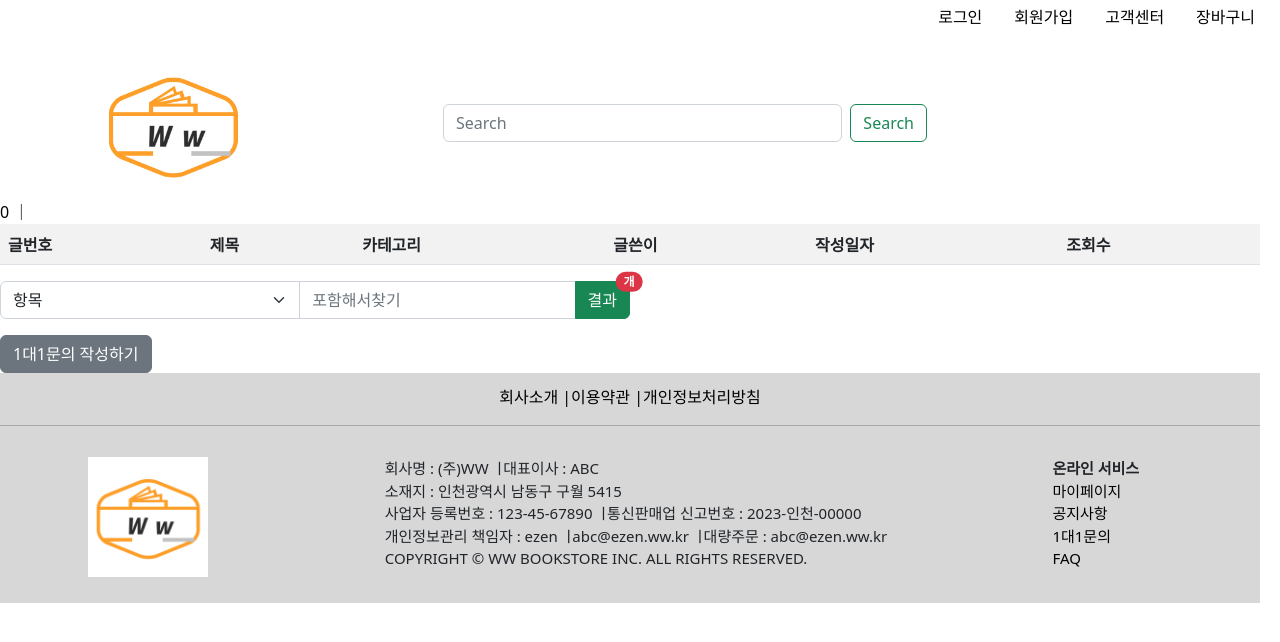
Repository: leehyeonung/project6
Page: http://localhost/book/WEB-INF/views/board/boardList.jsp
An editor plug-in stored every save of this project. The page is shown before and after the next save, followed by the edit.
The browser window is 1280 px wide. The pictures show the whole page.
The page is served by Tomcat 9. Nobody is signed in. The template is opened directly, without the code that normally fills it, so the values that code supplies are empty.

Above is the page before, as saved 2023-01-06 04:08:48.

After the next save:
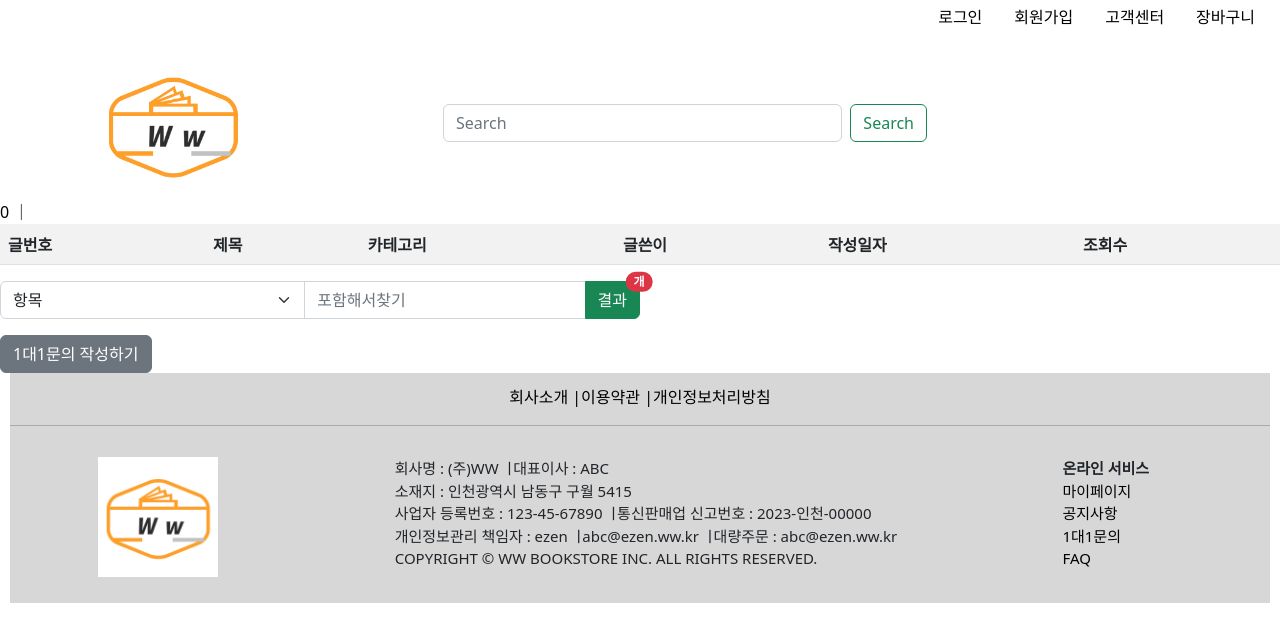
Saved 43 s later.
--- a/book/src/main/webapp/resources/css/main.css
+++ b/book/src/main/webapp/resources/css/main.css
@@ -1,4 +1,4 @@
 @charset "UTF-8";
-body{
+main{
 	width:1260px;
 }
